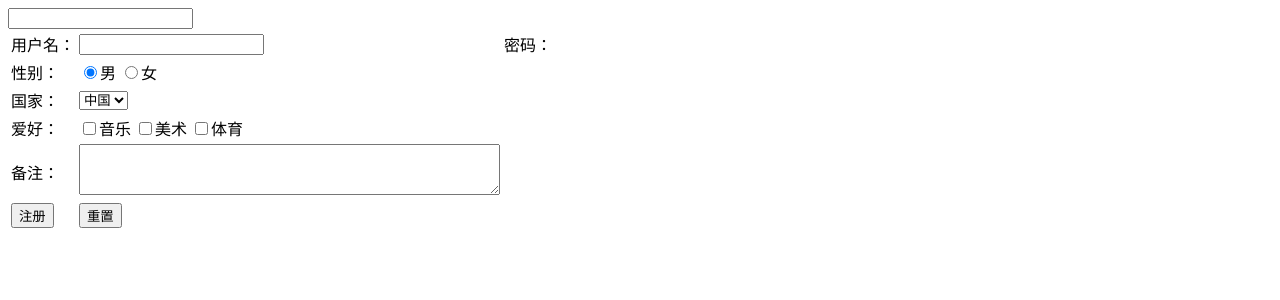
Repository: Lansefanggezi/JavaWeb
Page: HelloServlet/WebContent/Register.html
An editor plug-in stored every save of this project. The page is shown before and after the next save, followed by the edit.
The browser window is 1280 px wide. The pictures show the whole page.

Above is the page before, as saved 2018-03-29 08:44:52.

After the next save:
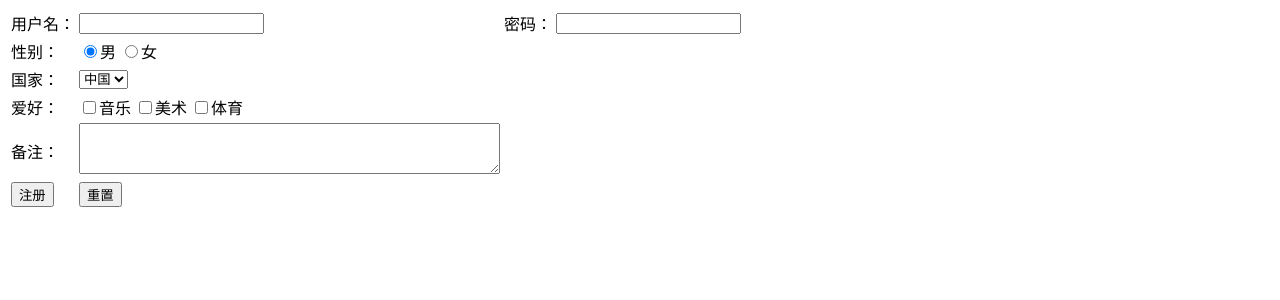
Saved 5 s later.
--- a/HelloServlet/WebContent/Register.html
+++ b/HelloServlet/WebContent/Register.html
@@ -13,7 +13,8 @@
 			</td>
 		<td><input type="text" name="userName" >
 
-			<td>密码：</td> <input type="password" name="password">
+			<td>密码：</td>
+			<td> <input type="password" name="password">
 		</td>
 	</tr>
 	<tr>
